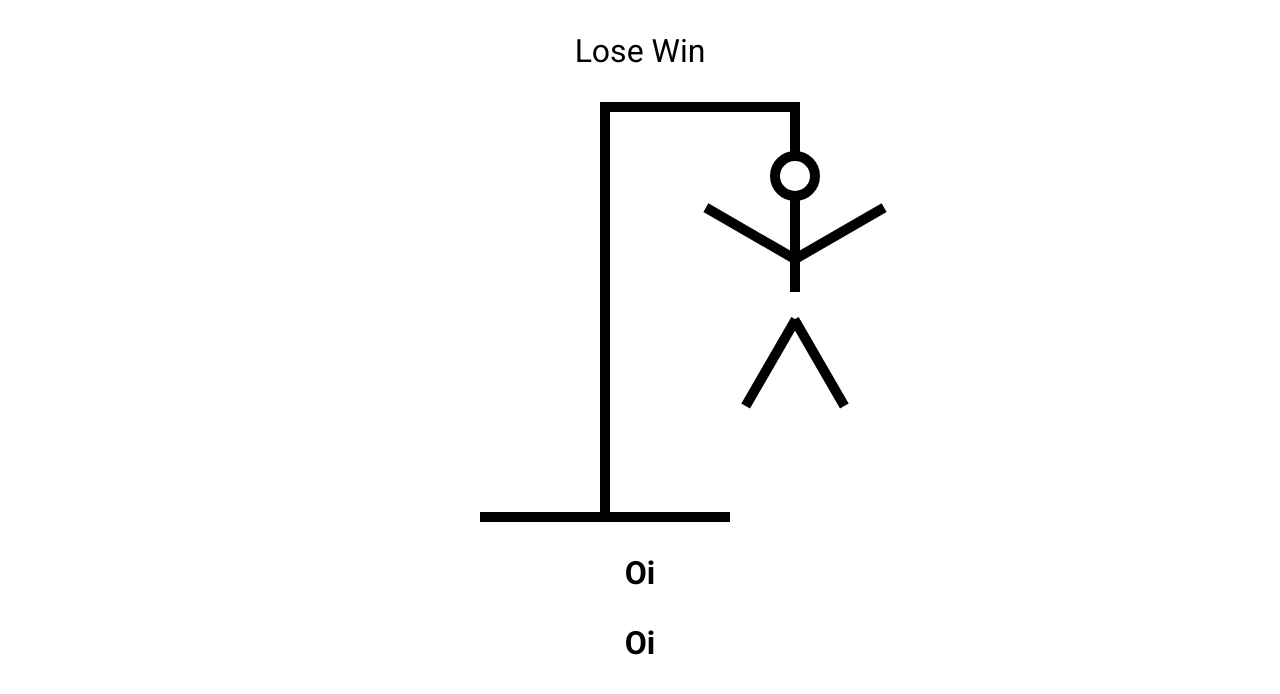
Repository: guilhermecardoso93/jogodaforca
Page: /
The author's editor kept a copy of each file at every save. The page is drawn from the files as they stood at one save, then again after a run of saves.
The browser window is 1280 px wide. The pictures show the whole page.
The project was rebuilt for these pictures with package versions that can differ from the ones it lists, and the page was loaded fresh each time. Also part of the build but not shown: vite.config.ts.

Above is the page before, as saved 2022-12-06 21:04:32.

After the next 2 saves:
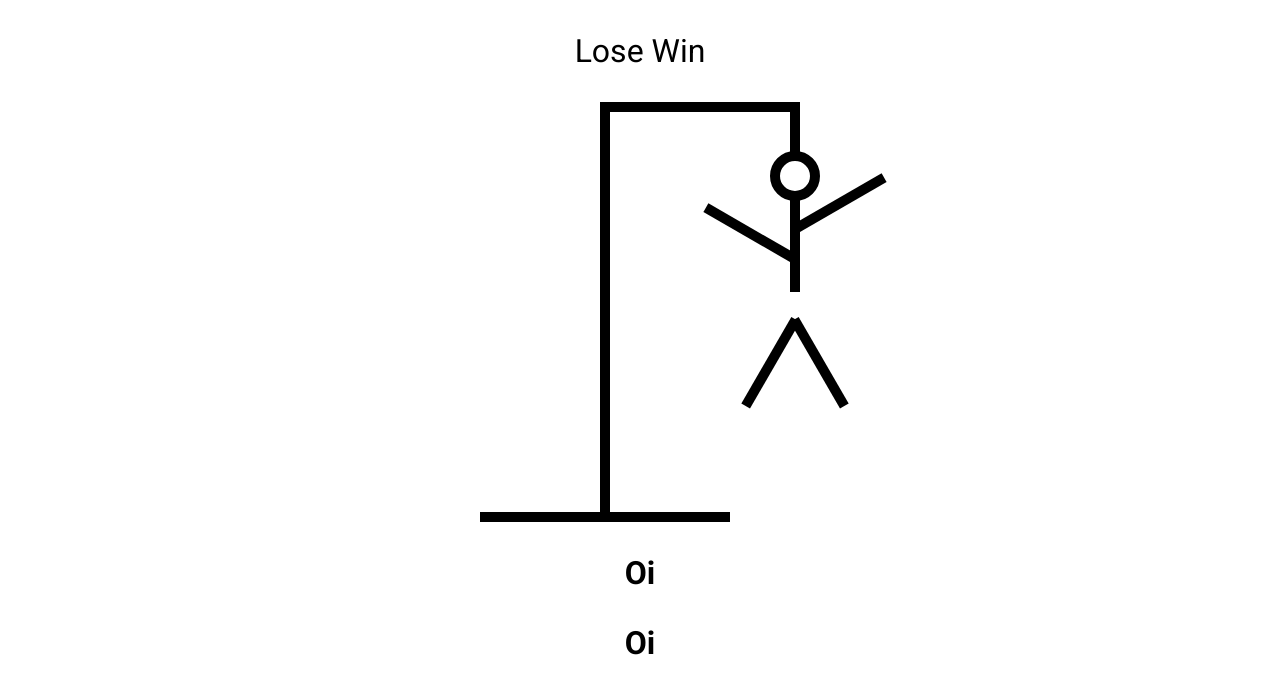
The 2 saves are shown as one change because they came seconds apart.
The last was saved 11 s later.
--- a/src/components/HangmanDrawing.tsx
+++ b/src/components/HangmanDrawing.tsx
@@ -32,7 +32,7 @@ const RIGHT_ARM = (
       height: "10px",
       background: "black",
       position: "absolute",
-      top: "150px",
+      top: "120px",
       right: "-100px",
       rotate: "-30deg",
       transformOrigin: "left bottom",
